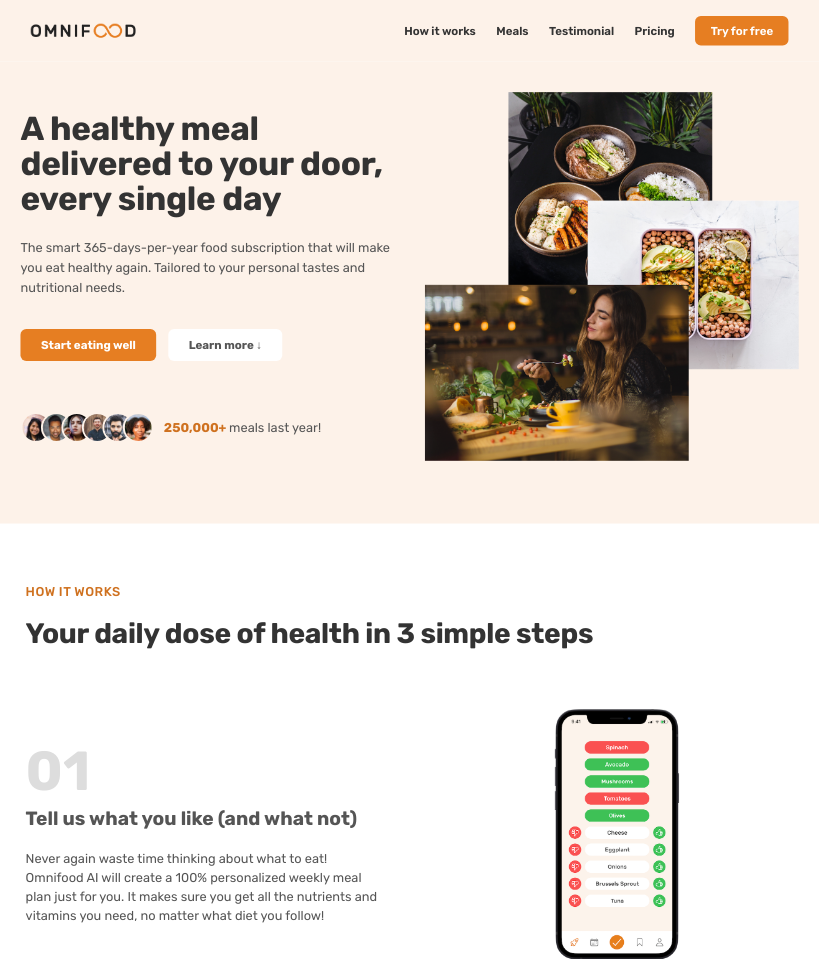
Repository: WefsCao/Omnifood
Page: index.html
The author's editor kept a copy of each file at every save. The page is drawn from the files as they stood at one save, then again after the next save.
The browser window is 1280 px wide. The pictures show the whole page, at 64% of full size.

Above is the page before, as saved 2022-06-04 20:26:43.

### index.html
<!DOCTYPE html>
<html lang="en">
  <head>
    <meta charset="UTF-8" />
    <meta http-equiv="X-UA-Compatible" content="IE=edge" />
    <meta name="viewport" content="width=device-width, initial-scale=1.0" />

    <link rel="preconnect" href="https://fonts.googleapis.com" />
    <link rel="preconnect" href="https://fonts.gstatic.com" crossorigin />
    <link
      href="https://fonts.googleapis.com/css2?family=Rubik:wght@400;500;600;700&display=swap"
      rel="stylesheet"
    />
    <link rel="stylesheet" href="./css/general.css" />
    <link rel="stylesheet" href="./css/style.css" />
    <title>Omnifood</title>
  </head>
  <body>
    <header class="header">
      <img class="logo" src="img/omnifood-logo.png" alt="heder of logo" />

      <nav class="nav-main">
        <ul class="nav-main-list">
          <li><a href="#" class="nav-main-link">How it works</a></li>
          <li><a href="#" class="nav-main-link">Meals</a></li>
          <li><a href="#" class="nav-main-link">Testimonial</a></li>
          <li><a href="#" class="nav-main-link">Pricing</a></li>
          <li><a href="#" class="nav-main-link nav-cta">Try for free</a></li>
        </ul>
      </nav>
    </header>
    <main>
      <section class="section-hero">
        <div class="hero">
          <div class="hero-text-box">
            <h1 class="heading-primary">
              A healthy meal delivered to your door, every single day
            </h1>
            <p class="hero-description">
              The smart 365-days-per-year food subscription that will make you
              eat healthy again. Tailored to your personal tastes and
              nutritional needs.
            </p>
            <a href="#" class="btn btn--full margin-ringht-sm"
              >Start eating well</a
            >
            <a href="#" class="btn btn--outline">Learn more &darr;</a>
            <div class="delivered-meals">
              <div class="delivered-imgs">
                <img src="img/customers/customer-1.jpg" />
                <img src="img/customers/customer-2.jpg" />
                <img src="img/customers/customer-3.jpg" />
                <img src="img/customers/customer-4.jpg" />
                <img src="img/customers/customer-5.jpg" />
                <img src="img/customers/customer-6.jpg" />
              </div>
              <div class="delivered-text">
                <span>250,000+ </span>meals last year!
              </div>
            </div>
          </div>
          <div class="hero-img-box">
            <img src="img/hero.png" alt="Hero of image" class="hero-img" />
          </div>
        </div>
      </section>
      <section class="section-how">
        <div class="step-title container">
          <span class="step-subtitle">How it works</span>
          <h2 class="heading-secondary">
            Your daily dose of health in 3 simple steps
          </h2>
        </div>

        <!-- STEP 01 -->
        <div class="step-content container grid grid--2-cols">
          <div class="step-text-box">
            <div class="step-number">01</div>
            <h3 class="step-heading">Tell us what you like (and what not)</h3>
            <p class="step-text">
              Never again waste time thinking about what to eat! Omnifood AI
              will create a 100% personalized weekly meal plan just for you. It
              makes sure you get all the nutrients and vitamins you need, no
              matter what diet you follow!
            </p>
          </div>
          <div class="step-img-box">
            <img
              class="step-img"
              src="img/app/app-screen-1.png"
              alt="app screen 1"
            />
          </div>
        </div>
      </section>
    </main>
  </body>
</html>

### css/general.css
/*
--- 01 TYPOGRAPHY
- Font size system (px)
    10 / 12 / 14 / 16 / 18 / 20 / 24 / 30 / 36 / 44 / 52 / 62 / 74 / 86 / 98

- Font weights:
Default: 400

- Line heights:
Default: 1
Small: 1.05


--- 02 COLOR

- Primary: #e67e22
- Tints: #fdf2e9
- Shades: #cf711f
- Accents:
- Grey:
 #555
 #333

 --- 05 SHADOW

 --- 06 BORDER RADIUS
 - Default: 9px

 --- 07 WHITE SPACES
 - Spacing system (px)
 2 / 4 / 8 / 12 / 16 / 24 / 32 / 48 / 64 / 80 / 96 / 128
*/
html {
  font-size: 62.5%;
}
* {
  margin: 0;
  padding: 0;
  box-sizing: border-box;
}
body {
  font-family: "Rubik", sans-serif;
  color: #555;
  font-weight: 400;
  line-height: 1;
}

/****************************************/
/* GENERAL REUSE COMPONENTS */
/****************************************/
.heading-primary,
.heading-secondary {
  line-height: 1.05;
  color: #333;
  font-weight: 700;
  letter-spacing: -0.5px;
  margin-bottom: 3.2rem;
}
.heading-primary {
  font-size: 5.2rem;
}

.btn--full:link,
.btn--full:visited {
  background-color: #e67e22;
  color: #fff;
}
.btn--full:hover,
.btn--full:active {
  background-color: #cf711f;
}
.margin-ringht-sm {
  margin-right: 1.6rem;
}

.grid {
  display: grid;
  align-items: center;
  /* grid-template-rows: repeat(2, 1fr); */

  column-gap: 6.4rem;
  row-gap: 9.6rem;
  gap: 9.6rem;
}
.grid--2-cols {
  grid-template-columns: repeat(2, 1fr);
}
.grid--3-cols {
  grid-template-columns: repeat(3, 1fr);
}
.container {
  max-width: 120rem;
  margin: 0 auto;
  background-color: #fff;
}

### css/style.css
/****************************************/
/* HEADER */
/****************************************/
.header {
  display: flex;
  align-items: center;
  justify-content: space-between;
  height: 9.6rem;
  padding: 0 4.8rem;
  background-color: #fdf2e9;
}
.logo {
  height: 2.2rem;
}

/****************************************/
/* NAVIGATION */
/****************************************/

.nav-main-list {
  display: flex;
  align-items: center;
  gap: 3.2rem;
  list-style: none;
}
.nav-main-link:link,
.nav-main-link:visited {
  color: #333;
  font-size: 1.8rem;
  font-weight: 600;
  text-decoration: none;
  transition: all 0.3s;
}
.nav-main-link:hover,
.nav-main-link:active {
  color: #e67e22;
}

.nav-main-link.nav-cta:link,
.nav-main-link.nav-cta:visited {
  padding: 1.2rem 2.4rem;
  background-color: #e67e22;
  border-radius: 9px;
  color: #fff;
}
.nav-main-link.nav-cta:hover,
.nav-main-link.nav-cta:active {
  background-color: #cf711f;
}

/****************************************/
/* HERO */
/****************************************/
.section-hero {
  background-color: #fdf2e9;
  padding: 4.8rem 0 9.6rem 0;
}

.hero {
  display: grid;
  grid-template-columns: 1fr 1fr;
  gap: 4.8rem;
  align-items: center;
  max-width: 130rem;
  padding: 0 3.2rem;
  margin: 0 auto;
}

.hero-description {
  font-size: 2rem;
  line-height: 1.6;
  margin-bottom: 4.8rem;
}
.btn:link,
.btn:visited {
  outline: none;
  display: inline-block;
  padding: 1.6rem 3.2rem;
  font-size: 1.8rem;
  font-weight: 700;
  border-radius: 9px;
  text-decoration: none;
  transition: background-color 0.3s;
}

.btn--outline:link,
.btn--outline:visited {
  background-color: #fff;
  color: #555;
}
.btn--outline:hover,
.btn--outline:active {
  background-color: #fdf2e9;
  box-shadow: inset 0 0 0 3px #fff;
}

.delivered-meals {
  display: flex;
  align-items: center;
  gap: 1.6rem;
  margin-top: 8rem;
}
.delivered-imgs {
  display: flex;
}
.delivered-imgs img {
  width: 4.8rem;
  height: 4.8rem;
  border-radius: 50%;
  border: 3px solid #fdf2e9;
  margin-right: -1.6rem;
}
.delivered-imgs img:last-child {
  margin: 0;
}
.delivered-text {
  font-size: 2rem;
}
.delivered-text span {
  font-weight: 700;
  color: #cf711f;
}
.hero-img {
  width: 100%;
}

/****************************************/
/* HOW IT WORKS SECTION  */
/****************************************/

.step-title {
  margin-top: 9.6rem;
}
.step-content {
  margin-top: 9.6rem;
}
.step-subtitle {
  letter-spacing: 0.75px;
  text-transform: uppercase;
  color: #cf711f;
  font-weight: 500;
  font-size: 2rem;
}
.heading-secondary {
  font-size: 4.4rem;
  margin-top: 3.2rem;
}
.step-number {
  font-size: 8.6rem;
  font-weight: 700;
  color: #ddd;
  margin-bottom: 1.6rem;
}
.step-heading {
  font-size: 3rem;
}
.step-img-box {
  display: flex;
  align-items: center;
  justify-content: center;
}
.step-text {
  margin-top: 3.2rem;
  font-size: 2rem;
  line-height: 1.5;
}
.step-img {
  width: 35%;
}

After the next save:
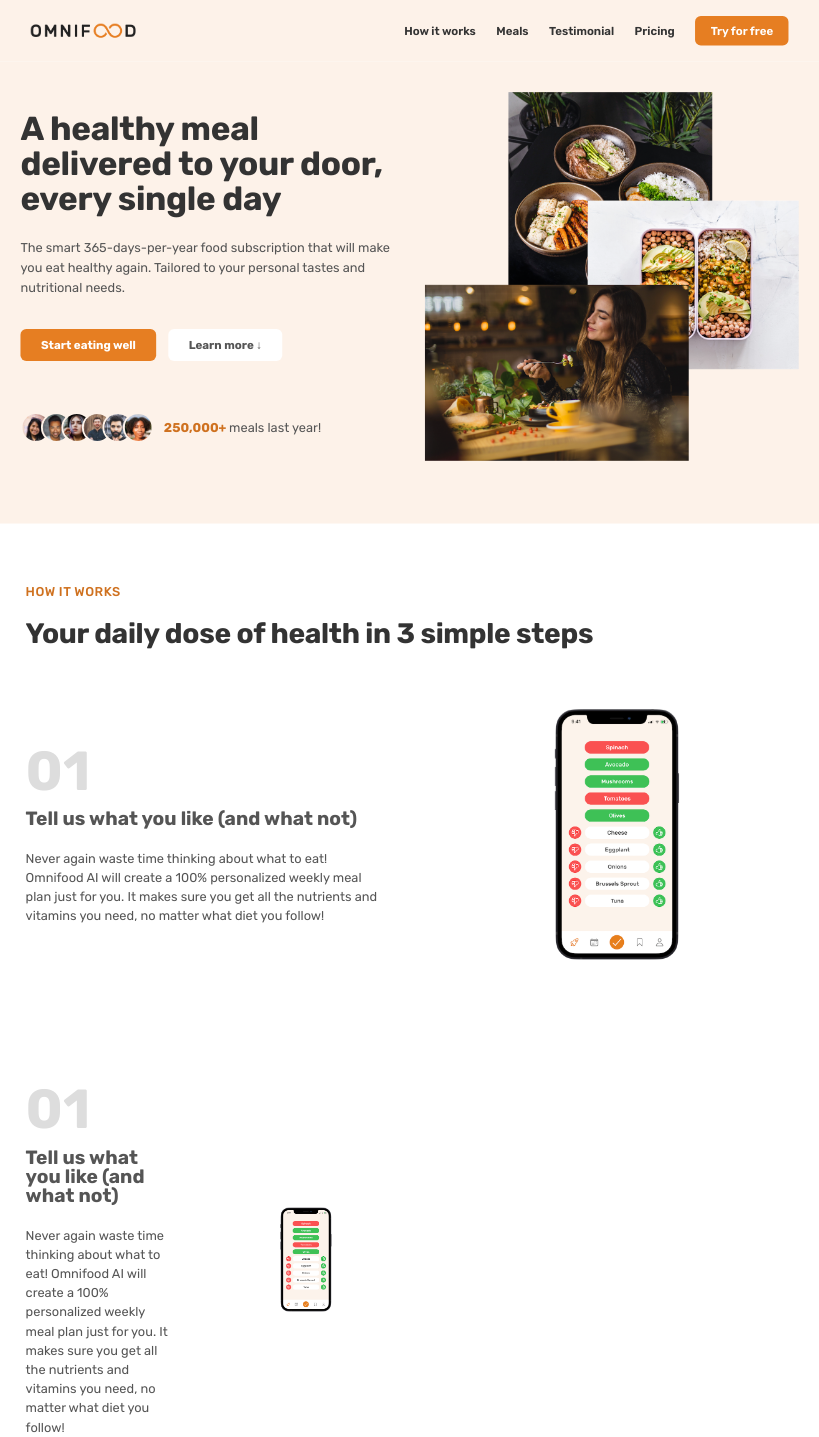
Saved 36 s later.
--- a/index.html
+++ b/index.html
@@ -91,6 +91,25 @@
               alt="app screen 1"
             />
           </div>
+        <!-- STEP 01 -->
+        <div class="step-content container grid grid--2-cols">
+          <div class="step-text-box">
+            <div class="step-number">01</div>
+            <h3 class="step-heading">Tell us what you like (and what not)</h3>
+            <p class="step-text">
+              Never again waste time thinking about what to eat! Omnifood AI
+              will create a 100% personalized weekly meal plan just for you. It
+              makes sure you get all the nutrients and vitamins you need, no
+              matter what diet you follow!
+            </p>
+          </div>
+          <div class="step-img-box">
+            <img
+              class="step-img"
+              src="img/app/app-screen-1.png"
+              alt="app screen 1"
+            />
+          </div>
         </div>
       </section>
     </main>

After the save that followed:
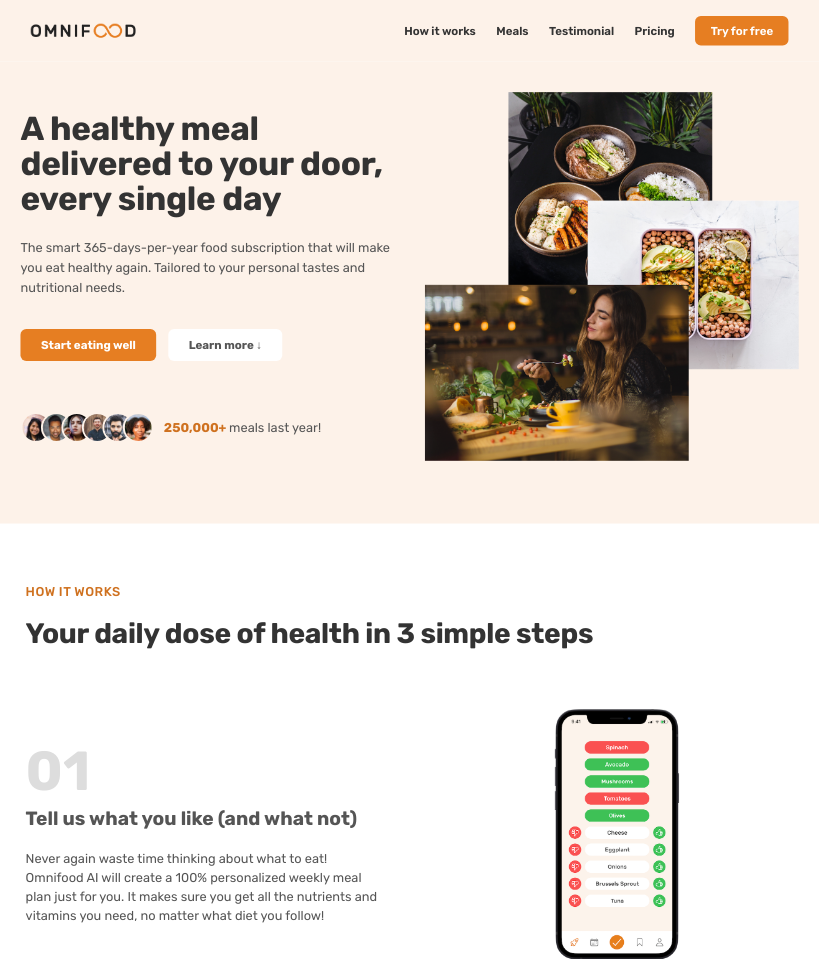
Saved 13 s later.
--- a/index.html
+++ b/index.html
@@ -91,25 +91,6 @@
               alt="app screen 1"
             />
           </div>
-        <!-- STEP 01 -->
-        <div class="step-content container grid grid--2-cols">
-          <div class="step-text-box">
-            <div class="step-number">01</div>
-            <h3 class="step-heading">Tell us what you like (and what not)</h3>
-            <p class="step-text">
-              Never again waste time thinking about what to eat! Omnifood AI
-              will create a 100% personalized weekly meal plan just for you. It
-              makes sure you get all the nutrients and vitamins you need, no
-              matter what diet you follow!
-            </p>
-          </div>
-          <div class="step-img-box">
-            <img
-              class="step-img"
-              src="img/app/app-screen-1.png"
-              alt="app screen 1"
-            />
-          </div>
         </div>
       </section>
     </main>
